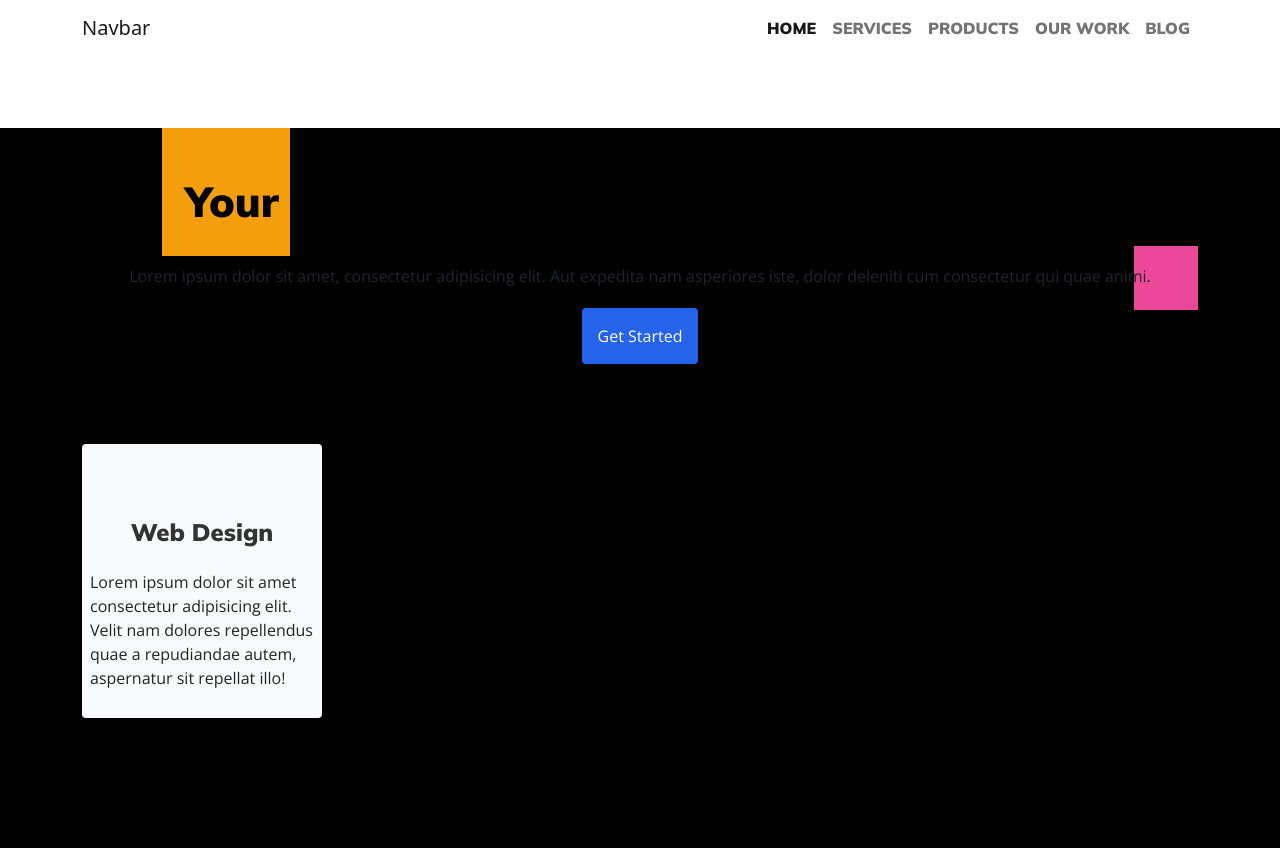
Repository: latenightsnacc/super-octo-fortnight
Page: index.html
The author's editor kept a copy of each file at every save. The page is drawn from the files as they stood at one save, then again after the next save.
The browser window is 1280 px wide. The pictures show the whole page.
Some web libraries are served in a nearby version. The style sheet was rebuilt from its Sass, Less or Tailwind sources for each picture, by a compiler version that may differ from the author's.

Above is the page before, as saved 2021-01-29 13:09:28.

### index.html
<!DOCTYPE html>
<html lang="en">
<head>
    <meta charset="UTF-8">
    <meta name="viewport" content="width=device-width, initial-scale=1.0">
    <!--Tailwind 2.0.2-->
    <link href="https://cdnjs.cloudflare.com/ajax/libs/tailwindcss/2.0.2/tailwind.min.css" rel="stylesheet">
    <!--Font Awesome 5.15.1-->
    <link rel="stylesheet" href="https://cdnjs.cloudflare.com/ajax/libs/font-awesome/5.15.1/css/all.min.css" integrity="sha512-+4zCK9k+qNFUR5X+cKL9EIR+ZOhtIloNl9GIKS57V1MyNsYpYcUrUeQc9vNfzsWfV28IaLL3i96P9sdNyeRssA==" crossorigin="anonymous" />
    <!-- Bootstrap 5.0.0 Beta-->
    <link href="https://cdn.jsdelivr.net/npm/bootstrap@5.0.0-beta1/dist/css/bootstrap.min.css" rel="stylesheet" integrity="sha384-giJF6kkoqNQ00vy+HMDP7azOuL0xtbfIcaT9wjKHr8RbDVddVHyTfAAsrekwKmP1" crossorigin="anonymous" />
    <!-- UIkit CSS -->
    <link rel="stylesheet" href="https://cdn.jsdelivr.net/npm/uikit@3.6.9/dist/css/uikit.min.css" />
    <link rel="apple-touch-icon" sizes="180x180" href="/apple-touch-icon.png">
    <link rel="icon" type="image/png" sizes="32x32" href="/favicon-32x32.png">
    <link rel="icon" type="image/png" sizes="16x16" href="/favicon-16x16.png">
    <link rel="manifest" href="/site.webmanifest">
    <!--Custom Stylesheet-->
    <link rel="stylesheet" href="stylesheet/stylesheet.css">
    <title>TrySpade - Digital Agency</title>
</head>
<body class="overflow-x-hidden bg-black min-h-screen" >
    <main class="w-full mx-auto">
        <header>
            <nav class="navbar navbar-expand-lg navbar-light bg-transparent fixed-top ">
                <div class="container">
                  <a class="navbar-brand" href="#">Navbar</a>
                  <button class="navbar-toggler" type="button" data-bs-toggle="collapse" data-bs-target="#navbarSupportedContent" aria-controls="navbarSupportedContent" aria-expanded="false" aria-label="Toggle navigation">
                    <span class="navbar-toggler-icon"></span>
                  </button>
                  <div class="collapse navbar-collapse" id="navbarSupportedContent">
                    <ul class="navbar-nav ml-auto mb-2 mb-lg-0">
                        <li class="nav-item">
                            <a class="nav-link active text-base uppercase" aria-current="page" href="#">Home</a>
                        </li>
                        <li class="nav-item">
                            <a class="nav-link text-base uppercase" href="#">services</a>
                        </li>
                        <li class="nav-item">
                            <a class="nav-link text-base uppercase" href="#">products</a>
                        </li>
                        <li class="nav-item">
                            <a class="nav-link text-base uppercase" href="#">our work</a>
                        </li>
                        <li class="nav-item">
                            <a class="nav-link text-base uppercase" href="#">blog</a>
                        </li>

                    </ul>
                  </div>
                </div>
            </nav>
        </header>
        <!--Banner-->
        <section id="banner" class="w-full mt-32">
            <div class="container">
                <div class="relative flex flex-col items-center h-auto">
                    <div class="z-10 text-black text-2xl text-center title">Welcome to Tryspade Digital Agency</div>
                    <h1 class="z-10 text-center text-black leading-loose m-0">Your one stop agency for everything digital!</h1>
                    <p class="z-10 text-center">Lorem ipsum dolor sit amet, consectetur adipisicing elit. Aut expedita nam asperiores iste, dolor deleniti cum consectetur qui quae animi.</p>
                    <!--BOXES-->
                    <div class=" absolute top-0 left-20">
                        <div class="z-0 border-2 border-yellow-500 bg-yellow-500 w-32 h-32"></div>
                    </div>

                    <div class="absolute top-50 right-0">
                        <div class="z-0 border-2 border-pink-500 bg-pink-500 w-16 h-16"></div>
                    </div>
                    <div class="flex justify-center">
                        <button class="bg-blue-600 p-3 font-lg text-gray-50 shadow-lg rounded focus:outline-none">Get Started</button>
                    </div>
                </div>
            </div>
        </section>
        <!--SERVICES-->
        <section id="services" class="my-20">
            <div class="container">
                <div class="row">
                    <div class="col-xs-12 col-sm-12 col-md-4 col-lg-3 col-xl-3">
                        <div class="w-60 h-auto bg-gray-50 shadow-2xl rounded p-2">
                            <a href="#">
                                <i class="fa fa-web"></i>
                            </a>
                            <h3 class="text-center">Web Design</h3>
                            <p>Lorem ipsum dolor sit amet consectetur adipisicing elit. Velit nam dolores repellendus quae a repudiandae autem, aspernatur sit repellat illo!</p>
                        </div>
                    </div>
                </div>
            </div>
        </section>
        <!-- <svg xmlns="http://www.w3.org/2000/svg" viewBox="0 0 1440 320"><path fill="#0099ff" fill-opacity="1" d="M0,320L48,282.7C96,245,192,171,288,122.7C384,75,480,53,576,69.3C672,85,768,139,864,170.7C960,203,1056,213,1152,208C1248,203,1344,181,1392,170.7L1440,160L1440,0L1392,0C1344,0,1248,0,1152,0C1056,0,960,0,864,0C768,0,672,0,576,0C480,0,384,0,288,0C192,0,96,0,48,0L0,0Z"></path></svg> -->
        <!-- <svg xmlns="http://www.w3.org/2000/svg" viewBox="0 0 1440 320"><path fill="#0099ff" fill-opacity="1" d="M0,64L48,96C96,128,192,192,288,213.3C384,235,480,213,576,170.7C672,128,768,64,864,42.7C960,21,1056,43,1152,64C1248,85,1344,107,1392,117.3L1440,128L1440,0L1392,0C1344,0,1248,0,1152,0C1056,0,960,0,864,0C768,0,672,0,576,0C480,0,384,0,288,0C192,0,96,0,48,0L0,0Z"></path></svg> -->
    </main>
    <!-- UIkit JS -->
    <script src="https://cdn.jsdelivr.net/npm/uikit@3.6.9/dist/js/uikit.min.js"></script>
    <script src="https://cdn.jsdelivr.net/npm/uikit@3.6.9/dist/js/uikit-icons.min.js"></script>
    <script src="https://cdn.jsdelivr.net/npm/bootstrap@5.0.0-beta1/dist/js/bootstrap.bundle.min.js" integrity="sha384-ygbV9kiqUc6oa4msXn9868pTtWMgiQaeYH7/t7LECLbyPA2x65Kgf80OJFdroafW" crossorigin="anonymous"></script>
    <!-- Start of HubSpot Embed Code -->
  <script type="text/javascript" id="hs-script-loader" async defer src="//js.hs-scripts.com/9284931.js"></script>
  <!-- End of HubSpot Embed Code -->
</body>
</html>

### Stylesheet/stylesheet.scss
@import 'variables';
@import 'bg';

h1, h2, h3, h4, h5, h6, .nav-link, button, .title {
    font-family: $fontBold;
}
p, button {
    font-family: $fontRegular;
}

### Stylesheet/_variables.scss
@import url('https://fonts.googleapis.com/css2?family=Mulish:wght@900&family=Open+Sans&display=swap');

$fontBold: 'Mulish', sans-serif;
$fontRegular:'Open Sans', sans-serif;
$white: white;

### Stylesheet/bg.scss
.background {
    background-color: white;
    position: relative;
    min-height: 100vh;
    min-width:100vw;
    overflow-x: hidden;

  .wrapper{
    z-index: 1;
  }


  .cube {
    position: absolute;
    top: 80vh;
    left: 45vw;
    width: 10px;
    height: 10px;
    border: solid 1px darken(lightgrey, 10%);
    transform-origin: top left;
    transform: scale(0) rotate(0deg) translate(-50%, -50%);
    animation: cube 12s ease-in forwards infinite;

    &:nth-child(2n) {
      border-color: lighten(lightgrey, 10%);
    }

    &:nth-child(2) {
      animation-delay: 2s;
      left: 25vw;
      top: 40vh;
    }

    &:nth-child(3) {
      animation-delay: 4s;
      left: 75vw;
      top: 50vh;
    }

    &:nth-child(4) {
      animation-delay: 6s;
      left: 90vw;
      top: 10vh;
    }

    &:nth-child(5) {
      animation-delay: 8s;
      left: 10vw;
      top: 85vh;
    }

    &:nth-child(6) {
      animation-delay: 10s;
      left: 50vw;
      top: 10vh;
    }


}

@keyframes cube {
        from {
        transform: scale(0) rotate(0deg) translate(-50%, -50%);
        opacity: 1;
        }
        to {
        transform: scale(20) rotate(960deg) translate(-50%, -50%);
        opacity: 0;
        }
    }
}

After the next save:
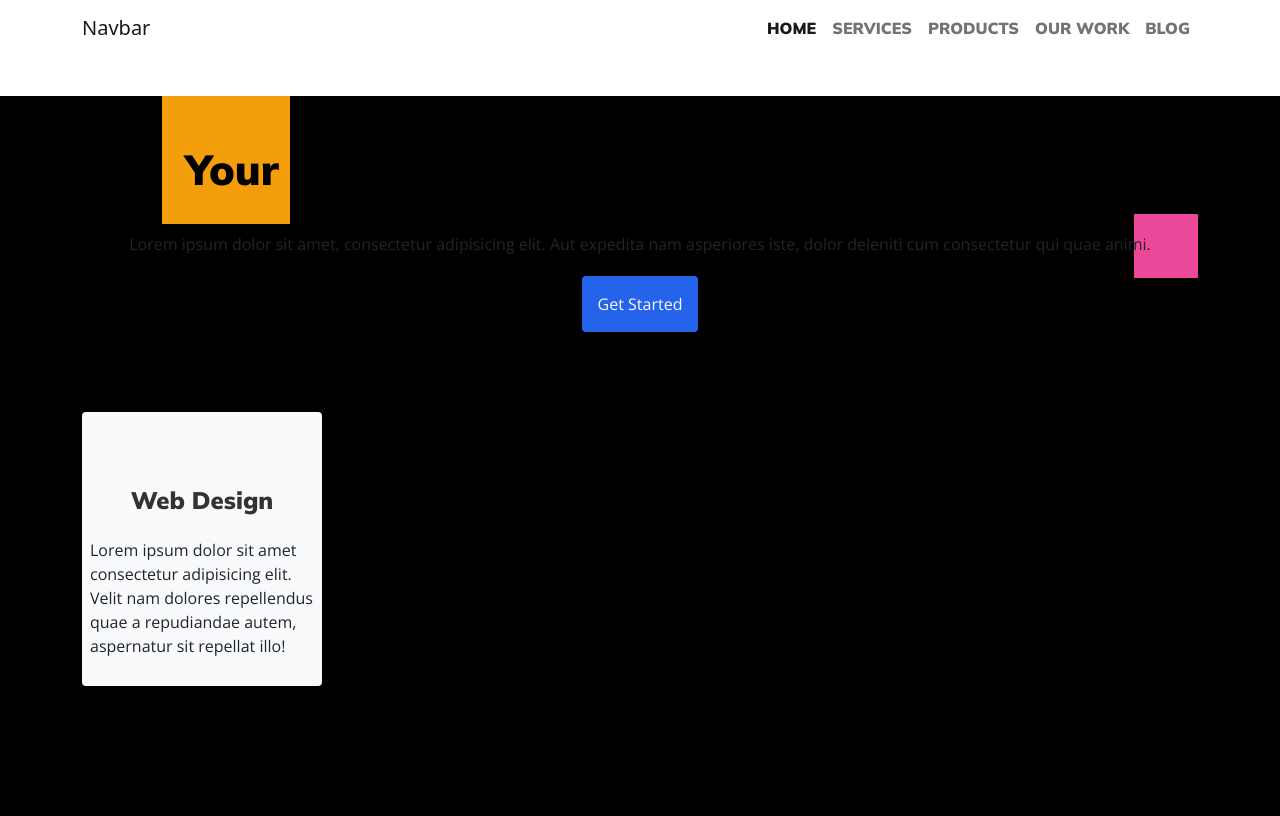
Saved 18 s later.
--- a/index.html
+++ b/index.html
@@ -22,7 +22,7 @@
 <body class="overflow-x-hidden bg-black min-h-screen" >
     <main class="w-full mx-auto">
         <header>
-            <nav class="navbar navbar-expand-lg navbar-light bg-transparent fixed-top ">
+            <nav class="navbar navbar-expand-lg navbar-light bg-transparent fixed-top">
                 <div class="container">
                   <a class="navbar-brand" href="#">Navbar</a>
                   <button class="navbar-toggler" type="button" data-bs-toggle="collapse" data-bs-target="#navbarSupportedContent" aria-controls="navbarSupportedContent" aria-expanded="false" aria-label="Toggle navigation">
@@ -52,7 +52,7 @@
             </nav>
         </header>
         <!--Banner-->
-        <section id="banner" class="w-full mt-32">
+        <section id="banner" class="w-full mt-24">
             <div class="container">
                 <div class="relative flex flex-col items-center h-auto">
                     <div class="z-10 text-black text-2xl text-center title">Welcome to Tryspade Digital Agency</div>
